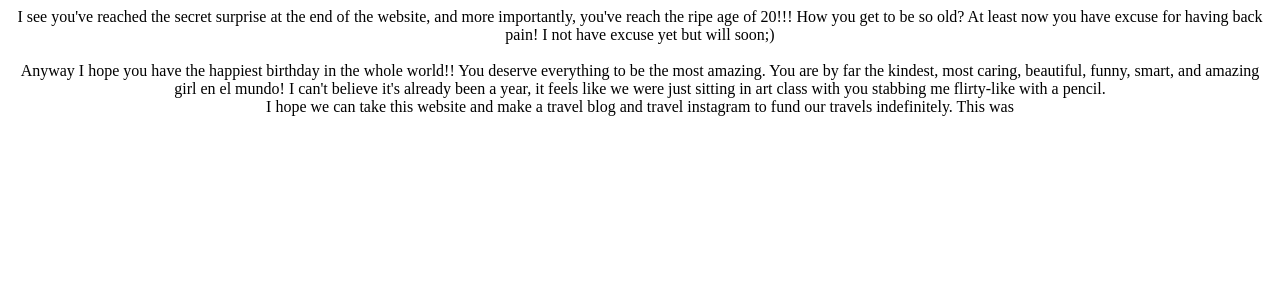
Repository: ir1998/cs201
Page: haley_website/WebContent/bday.html
An editor plug-in stored every save of this project. The page is shown before and after the next save, followed by the edit.
The browser window is 1280 px wide. The pictures show the whole page.

Above is the page before, as saved 2017-05-09 04:59:58.

### haley_website/WebContent/bday.html
<!DOCTYPE html>
<html>
<head>
<meta charset="UTF-8">
<title>happy birthday!!!!</title>
</head>
<body>
	<center>I see you've reached the secret surprise at the end of
		the website, and more importantly, you've reach the ripe age of 20!!!
		How you get to be so old? At least now you have excuse for having back
		pain! I not have excuse yet but will soon;)</center>
	<br>
	<center>Anyway I hope you have the happiest birthday in the
		whole world!! You deserve everything to be the most amazing. You are
		by far the kindest, most caring, beautiful, funny, smart, and amazing
		girl en el mundo! I can't believe it's already been a year, it feels
		like we were just sitting in art class with you stabbing me
		flirty-like with a pencil.</center>
	<center>I hope we can take this website and make a travel blog
		and travel instagram to fund our travels indefinitely. This was</center>
</body>
</html>

After the next save:
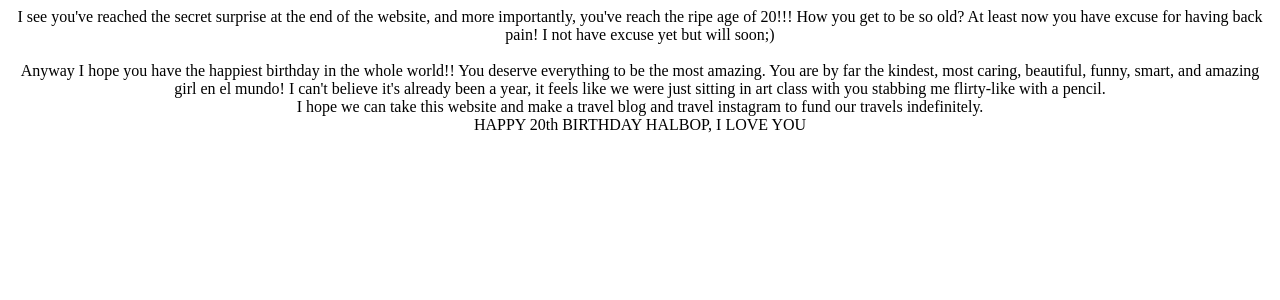
Saved 52 s later.
--- a/haley_website/WebContent/bday.html
+++ b/haley_website/WebContent/bday.html
@@ -17,6 +17,7 @@
 		like we were just sitting in art class with you stabbing me
 		flirty-like with a pencil.</center>
 	<center>I hope we can take this website and make a travel blog
-		and travel instagram to fund our travels indefinitely. This was</center>
+		and travel instagram to fund our travels indefinitely.</center>
+		<center>HAPPY 20th BIRTHDAY HALBOP, I LOVE YOU</center>
 </body>
 </html>
